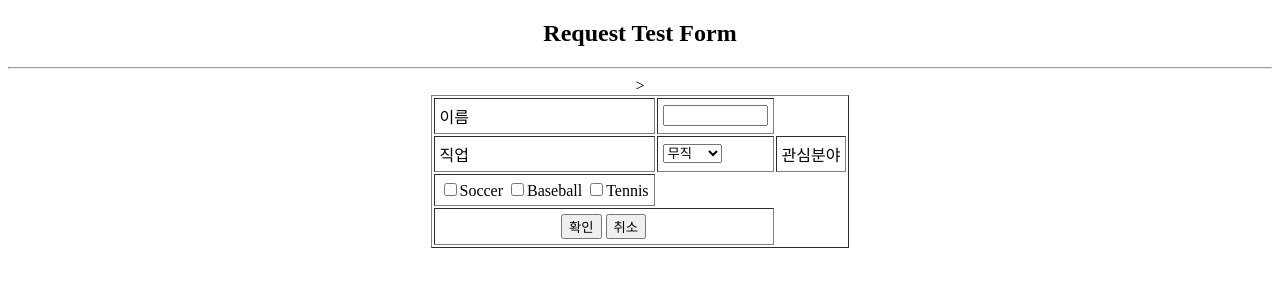
Repository: HyeonbinSa/JSPBook
Page: jspbook/WebContent/ch06/implicit.html
The author's editor kept a copy of each file at every save. The page is drawn from the files as they stood at one save, then again after the next save.
The browser window is 1280 px wide. The pictures show the whole page.

Above is the page before, as saved 2020-01-02 09:51:31.

### jspbook/WebContent/ch06/implicit.html
<!DOCTYPE html>
<html>
<head>
<meta charset="UTF-8">
<title>Request Test Form</title>
<script>
document.cookie="test=OK."
</script>
<style>
table{
	border-spacing : 1;
}
td, th{
	padding : 5px;
}
</style>
</head>
<body>
<div align="center">
<h2>Request Test Form</h2>
<hr>
<form name="form1" method="post" action="request_result.jsp">
	<table border=1>
		<tr>
		<td>이름</td>
		<td><input type=text size=10 name=username></td>
		<tr>
		<td>직업</td>
		<td>
		<select name="job">
			<option selected>무직</option>
			<option>회사원</option>
			<option>학생</option>
		</select>
		</td>
		<td>관심분야</td>
		<tr>
		<td>
			<input type="checkbox" name="favorite" value="soccer">Soccer
			<input type="checkbox" name="favorite" value="baseball">Baseball
			<input type="checkbox" name="favorite" value="Tennis">Tennis
		</td>
		<tr><td colspan=2 align="center"><input type="submit" value="확인">
		<input type="reset" value="취소"></td>></tr>
	</table>
</form>
</div>
</body>
</html>

After the next save:
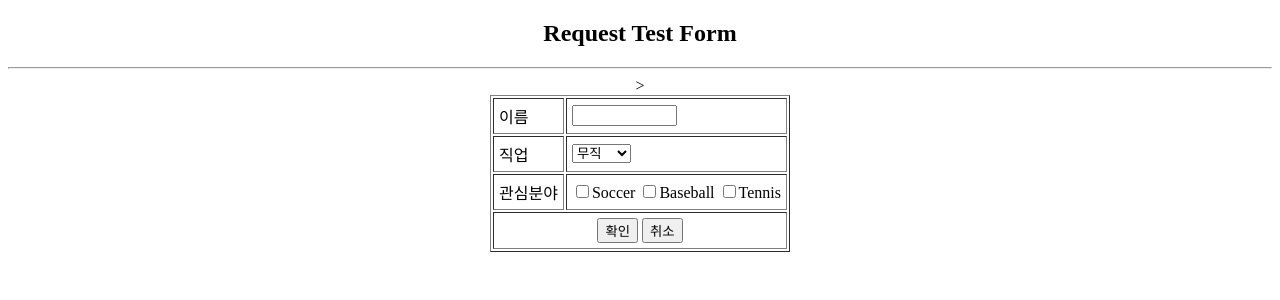
Saved 13 s later.
--- a/jspbook/WebContent/ch06/implicit.html
+++ b/jspbook/WebContent/ch06/implicit.html
@@ -33,8 +33,8 @@ td, th{
 			<option>학생</option>
 		</select>
 		</td>
+		<tr>
 		<td>관심분야</td>
-		<tr>
 		<td>
 			<input type="checkbox" name="favorite" value="soccer">Soccer
 			<input type="checkbox" name="favorite" value="baseball">Baseball
